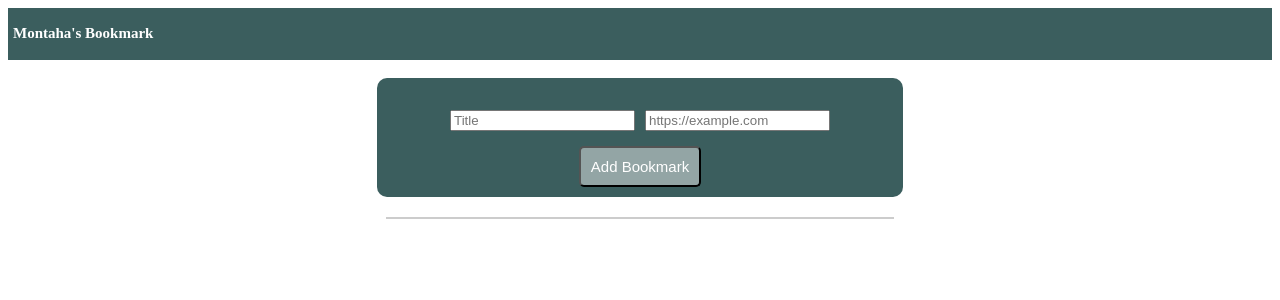
Repository: eidimontaha18-maker/finalproject
Page: index.html
The author's editor kept a copy of each file at every save. The page is drawn from the files as they stood at one save, then again after the next save.
The browser window is 1280 px wide. The pictures show the whole page.

Above is the page before, as saved 2025-11-26 00:27:43.

### index.html
<!DOCTYPE html>
<html lang="en">
<head>
    <meta charset="UTF-8">
    <meta name="viewport" content="width=device-width, initial-scale=1.0">
    <title>Montaha's Bookmark</title>
    <link rel="stylesheet" href="style.css">
</head>
<body>
    <nav>
        <h1>Montaha's Bookmark</h1>
    </nav>
    <br>
    <main>
        <div class="addbookmark">
            <input type="text" placeholder="Title" id="title" />
            <input type="text" placeholder="https://example.com" id="url" />
            <br>
            <button id="addbtn">Add Bookmark</button>
        </div>
        <div>
            <ul id="bookmark-list" class="bookmark-list"></ul>
        </div>
    </main>
     <script src="script.js"></script>
</body>
</html>

### style.css
.addbookmark{
    background-color: rgb(59, 94, 94);
    padding: 10px;
    width: 40%;
    margin: auto;
    border-radius: 10px;
    text-align: center;
    font-size: 40px;
}
#addbtn{
    background-color: rgb(147, 165, 165);
    color: white;
    padding: 10px;
    border-radius: 5px;
    font-size: 15px;
    cursor: pointer;
}

nav{
    background-color: rgb(59, 94, 94);
    text-align: left;
    padding:5px;
    margin-top: 0%;
    font-size: 10px;
    color: white;
    font-weight: bold;
}

.bookmark-list{
    width: 40%;
    margin: auto;
    margin-top: 20px;
    padding: 0;
    list-style-type: none;
    border: 1px solid #ccc;
    text-decoration: none;
}

### script.js
let title = document.getElementById('title');
let url = document.getElementById('url');
let addbtn = document.getElementById('addbtn');

addbtn.addEventListener('click', function() {
    let titleValue = title.value.trim();
    let urlValue = url.value.trim();

    if (titleValue === '' || urlValue === '') {
        alert('Please fill in both fields.');
        return;
    }

    if (!/^https?:\/\//i.test(urlValue)) {
        alert('URL must start with http:// or https://');
        return;
    }

    let bookmarkList = document.getElementById('bookmark-list');
    let listItem = document.createElement('li');

    let link = document.createElement('a');
    link.href = urlValue;
    link.textContent = titleValue;
    link.target = '_blank';

    listItem.appendChild(link);
    bookmarkList.appendChild(listItem);

    title.value = '';
    url.value = '';
});

After the next save:
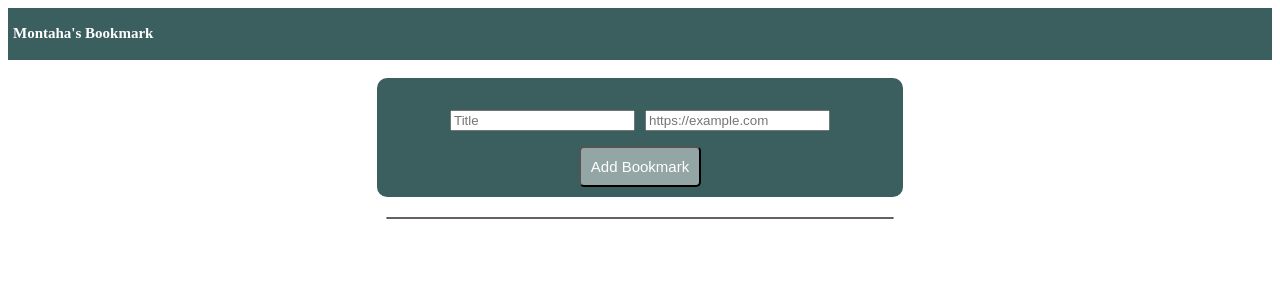
Saved 34 s later.
--- a/style.css
+++ b/style.css
@@ -32,6 +32,7 @@ nav{
     margin-top: 20px;
     padding: 0;
     list-style-type: none;
-    border: 1px solid #ccc;
+    border: 1px solid #110505a2;
+    border-radius: 10px;
     text-decoration: none;
 }
